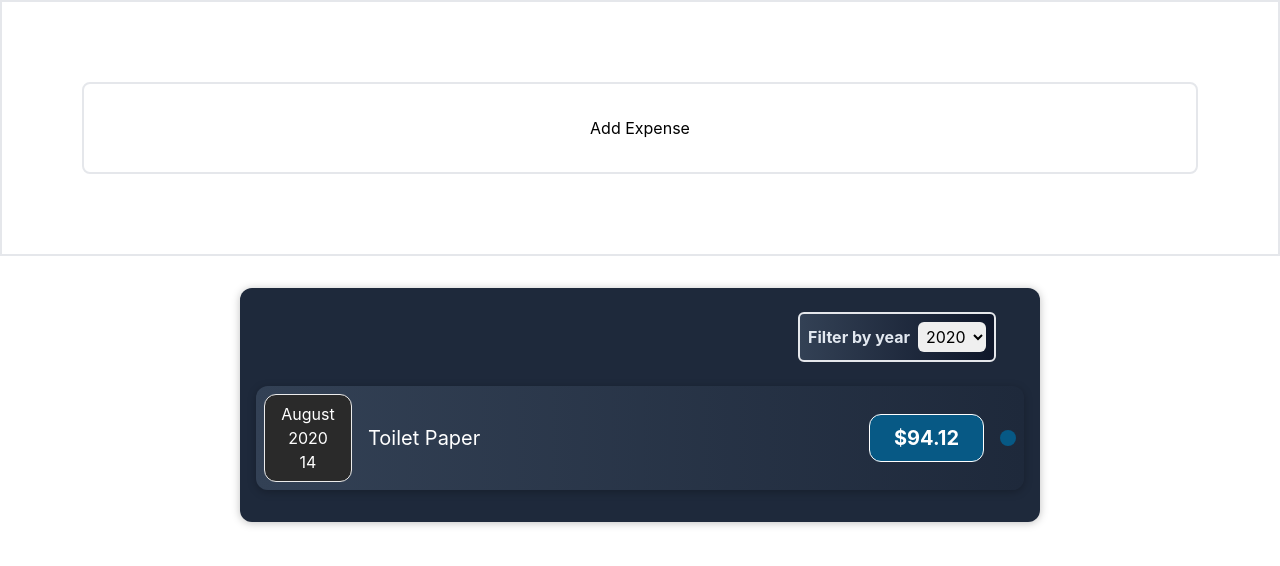
Repository: Sef24/expense-tracker
Page: /
An editor plug-in stored every save of this project. The page is shown before and after the next save, followed by the edit.
The browser window is 1280 px wide. The pictures show the whole page.
The project was rebuilt for these pictures with package versions that can differ from the ones it lists, and the page was loaded fresh each time. Also part of the build but not shown: src/components/NewExpense/NewExpense.css, src/components/NewExpense/ExpenseForm.css, src/components/NewExpense/ExpenseForm.js.

Above is the page before, as saved 2022-05-03 16:32:14.

### public/index.html
<!DOCTYPE html>
<html lang="en">
  <head>
    <meta charset="utf-8" />
    <link rel="icon" href="%PUBLIC_URL%/favicon.ico" />
    <meta name="viewport" content="width=device-width, initial-scale=1" />

    <meta
      name="description"
      content="Web site created using create-react-app"
    />
    <link rel="apple-touch-icon" href="%PUBLIC_URL%/logo192.png" />
    <!--
      manifest.json provides metadata used when your web app is installed on a
      user's mobile device or desktop. See https://developers.google.com/web/fundamentals/web-app-manifest/
    -->
    <link rel="manifest" href="%PUBLIC_URL%/manifest.json" />
    <!--
      Notice the use of %PUBLIC_URL% in the tags above.
      It will be replaced with the URL of the `public` folder during the build.
      Only files inside the `public` folder can be referenced from the HTML.

      Unlike "/favicon.ico" or "favicon.ico", "%PUBLIC_URL%/favicon.ico" will
      work correctly both with client-side routing and a non-root public URL.
      Learn how to configure a non-root public URL by running `npm run build`.
    -->
    <title>React App</title>
  </head>
  <body>
    <noscript>You need to enable JavaScript to run this app.</noscript>
    <div id="root"></div>
    <!--
      This HTML file is a template.
      If you open it directly in the browser, you will see an empty page.

      You can add webfonts, meta tags, or analytics to this file.
      The build step will place the bundled scripts into the <body> tag.

      To begin the development, run `npm start` or `yarn start`.
      To create a production bundle, use `npm run build` or `yarn build`.
    -->
  </body>
</html>

### src/App.js
import Expenses from "./components/Expenses";
import NewExpense from "./components/NewExpense/NewExpense";
import { useState } from "react";

const DUMMY_DATA = [
  {
    id: "e1",
    title: "Toilet Paper",
    amount: 94.12,
    date: new Date(2020, 7, 14),
  },
  { id: "e2", title: "New TV", amount: 799.49, date: new Date(2021, 2, 12) },
  {
    id: "e3",
    title: "Car Insurance",
    amount: 294.67,
    date: new Date(2021, 2, 28),
  },
  {
    id: "e4",
    title: "New Desk (Wooden)",
    amount: 450,
    date: new Date(2021, 5, 12),
  },
];

function App() {
  const [expenses, setExpenses] = useState(DUMMY_DATA);

  const addExpenseHandler = (expense) => {
    setExpenses((prevExpenses) => {
      return [expense, ...prevExpenses];
    });
  };
  return (
    <div>
      <div>
        <NewExpense onAddExpense={addExpenseHandler} />
        <Expenses items={expenses} />
      </div>
    </div>
  );
}

export default App;

### src/components/Expenses.js
import React, { useState } from "react";
import ExpenseItem from "./ExpenseItem";
import "./Expenses.css";
import ExpensesList from "./ExpensesList";
import ExpensesFilter from "./NewExpense/ExpensesFilter";

function Expenses(props) {
  const [filteredYear, setFilteredYear] = useState("2020");

  const filterChangeHandler = (selectedYear) => {
    setFilteredYear(selectedYear);
  };

  const filteredExpenses = props.items.filter((expense) => {
    return expense.date.getFullYear().toString() === filteredYear;
  });

  return (
    <div>
      <div className="expenses  bg-slate-800 ... ">
        <ExpensesFilter
          selected={filteredYear}
          onChangeFilter={filterChangeHandler}
        />
        <ExpensesList items={filteredExpenses} />
      </div>
    </div>
  );
}

export default Expenses;

### src/components/NewExpense/NewExpense.js
import React from "react";
import "./NewExpense.css";
import ExpenseForm from "./ExpenseForm";
import { useState } from "react";

function NewExpense(props) {
  const [isEditing, setIsEditing] = useState(false);

  const saveExpenseDataHandler = (enteredExpenseData) => {
    const expenseData = {
      ...enteredExpenseData,
      id: Math.random().toString(),
    };

    props.onAddExpense(expenseData);
    setIsEditing(false);
  };

  const startEditingHandler = () => {
    setIsEditing(true);
  };

  const stopEditingHandler = () => {
    setIsEditing(false);
  };

  return (
    <div className="flex w-full p-20 items-center justify-center border-2">
      {!isEditing && (
        <button
          onClick={startEditingHandler}
          className="flex w-full items-center justify-center border-2 p-8 rounded-lg"
        >
          Add Expense
        </button>
      )}
      {isEditing && (
        <ExpenseForm
          onSaveExpenseData={saveExpenseDataHandler}
          onCancel={stopEditingHandler}
        />
      )}
    </div>
  );
}

export default NewExpense;

### src/components/ExpenseItem.js
import React, { useState } from "react";
import "./ExpenseItem.css";
import ExpenseDate from "./ExpenseDate";

function ExpenseItem(props) {
  const [title, setTitle] = useState(props.title);

  const clickHandler = () => {
    setTitle("Updated");
    console.log(title);
  };

  return (
    <li>
      <div className="expense-item bg-gradient-to-r  from-slate-700  to-slate-800 ... border-x-cyan-100 ">
        <ExpenseDate date={props.date} />

        <div className="expense-item__description">
          <h2>{props.title}</h2>

          <div className="expense-item__price bg-sky-800">${props.amount}</div>
        </div>
        <button
          className="p-2 ml-4 border-transparent rounded-full border-0
        bg-sky-800 font-bold text-slate-50"
          onClick={clickHandler}
        ></button>
      </div>
    </li>
  );
}

export default ExpenseItem;

### src/components/Expenses.css
.expenses {
  padding: 1rem;

  margin: 2rem auto;
  width: 50rem;
  max-width: 95%;
  border-radius: 12px;
  box-shadow: 0 1px 8px rgba(0, 0, 0, 0.25);
}

### src/components/ExpensesList.js
import React from "react";

import ExpenseItem from "./ExpenseItem";

const ExpensesList = (props) => {
  if (props.items.length === 0) {
    return (
      <h2 className="text-white font-extrabold text-xl flex items-center justify-center">
        Found no expenses...
      </h2>
    );
  }

  return (
    <ul>
      {props.items.map((expense) => (
        <ExpenseItem
          key={expense.id}
          id={expense.id}
          title={expense.title}
          amount={expense.amount}
          date={expense.date}
        />
      ))}
    </ul>
  );
};

export default ExpensesList;

### src/components/NewExpense/ExpensesFilter.js
import React from "react";

const ExpensesFilter = (props) => {
  const dropdownChangeHandler = (event) => {
    props.onChangeFilter(event.target.value);
  };
  return (
    <div className="">
      <div className="flex justify-end p-2 mr-5 ">
        <div
          className="border-2  rounded-md border-inherit p-2 ml-6
        bg-gradient-to-r from-slate-700 to-slate-900 ..."
        >
          <label className="text-slate-200 font-bold mr-2">
            Filter by year
          </label>
          <select
            value={props.selected}
            onChange={dropdownChangeHandler}
            className="rounded-md p-1"
          >
            <option value="2022">2022</option>
            <option value="2021">2021</option>
            <option value="2020">2020</option>
            <option value="2019">2019</option>
          </select>
        </div>
      </div>
    </div>
  );
};

export default ExpensesFilter;

### src/components/ExpenseItem.css
.expense-item {
  display: flex;
  justify-content: space-between;
  align-items: center;
  box-shadow: 0 2px 8px rgba(0, 0, 0, 0.25);
  padding: 0.5rem;
  margin: 1rem 0;
  border-radius: 12px;
}

.expense-item__description {
  display: flex;
  flex-direction: column;
  gap: 1rem;
  align-items: flex-end;
  flex-flow: column-reverse;
  justify-content: flex-start;
  flex: 1;
}

.expense-item h2 {
  color: #3a3a3a;
  font-size: 1rem;
  flex: 1;
  margin: 0 1rem;
  color: white;
}

.expense-item__price {
  font-size: 1rem;
  font-weight: bold;
  color: white;

  border: 1px solid white;
  padding: 0.5rem;
  border-radius: 12px;
}

@media (min-width: 580px) {
  .expense-item__description {
    flex-direction: row;
    align-items: center;
    justify-content: flex-start;
    flex: 1;
  }

  .expense-item__description h2 {
    font-size: 1.25rem;
  }

  .expense-item__price {
    font-size: 1.25rem;
    padding: 0.5rem 1.5rem;
  }
}

### src/components/ExpenseDate.js
import React from "react";
import "./ExpenseDate.css";

function ExpenseDate(props) {
  const month = props.date.toLocaleString("en-US", { month: "long" });
  const day = props.date.getDate();
  const year = props.date.getFullYear();

  return (
    <div className="expense-date">
      <div className="expense__month">{month}</div>
      <div className="expense__year">{year}</div>
      <div className="expense__day">{day}</div>
    </div>
  );
}

export default ExpenseDate;

Loaded but not shown: src/index.js (common file); src/index.css (common file); src/components/ExpenseDate.css (common file); tailwind.config.js (common file)

After the next save:
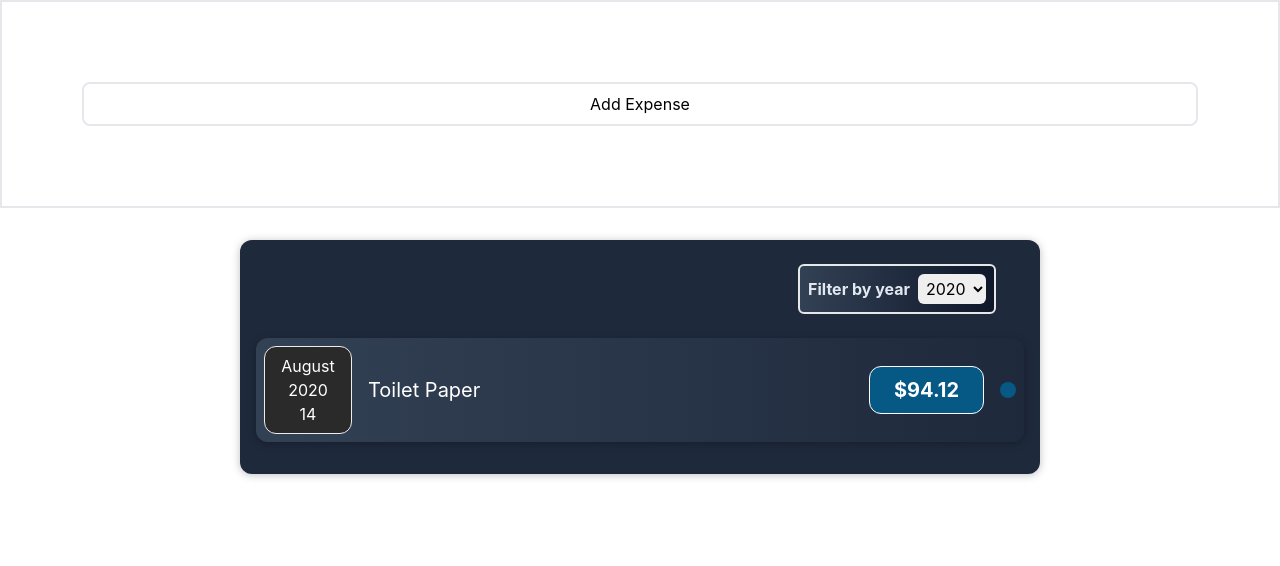
Saved 8 s later.
--- a/src/components/NewExpense/NewExpense.js
+++ b/src/components/NewExpense/NewExpense.js
@@ -29,7 +29,7 @@
       {!isEditing && (
         <button
           onClick={startEditingHandler}
-          className="flex w-full items-center justify-center border-2 p-8 rounded-lg"
+          className="flex w-full items-center justify-center border-2 p-2 rounded-lg"
         >
           Add Expense
         </button>

After the save that followed:
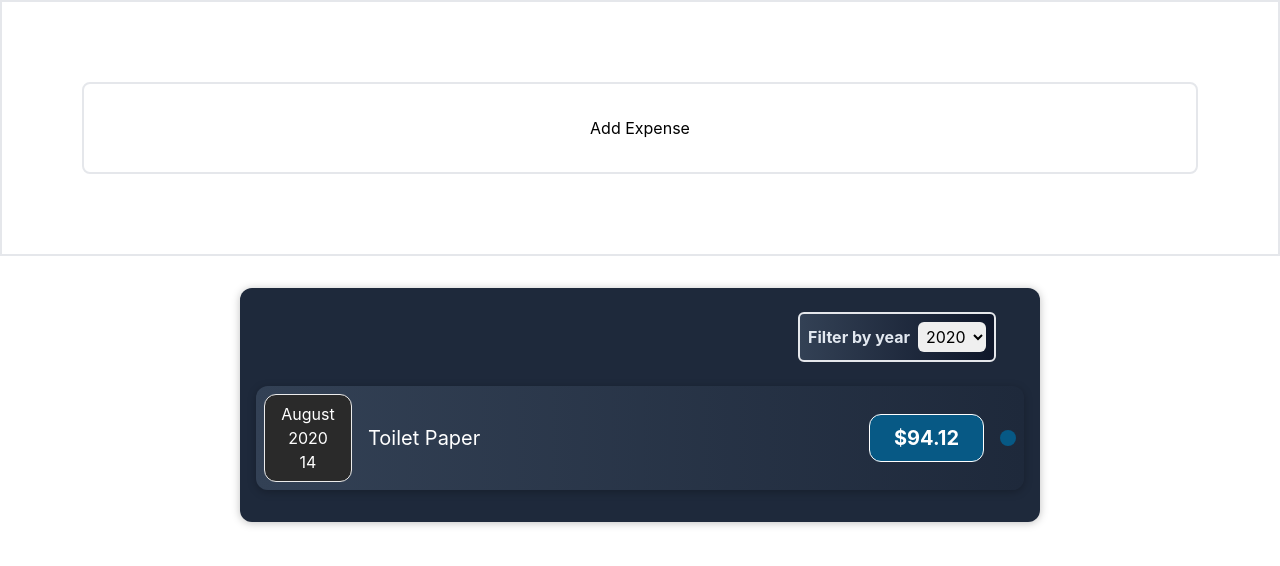
Saved 4 s later.
--- a/src/components/NewExpense/NewExpense.js
+++ b/src/components/NewExpense/NewExpense.js
@@ -29,7 +29,7 @@
       {!isEditing && (
         <button
           onClick={startEditingHandler}
-          className="flex w-full items-center justify-center border-2 p-2 rounded-lg"
+          className="flex w-full items-center justify-center border-2 p-8 rounded-lg"
         >
           Add Expense
         </button>
